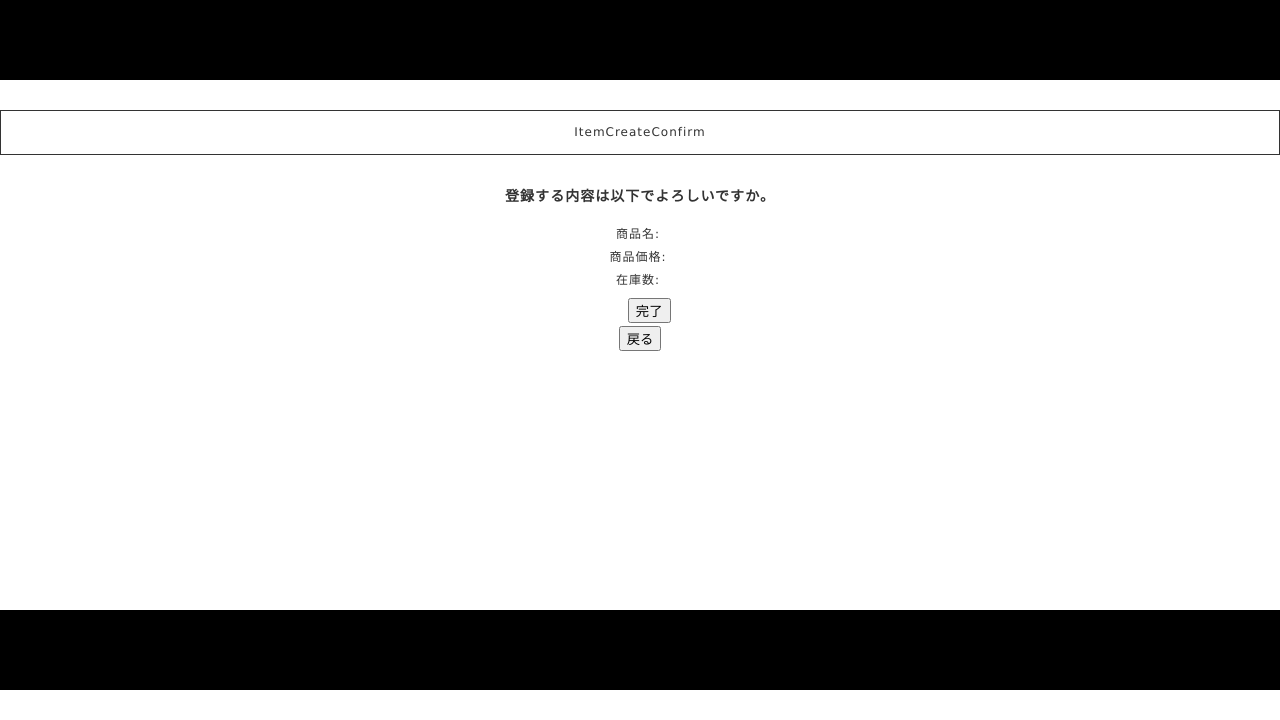
Repository: hirose0320/test
Page: http://localhost/ecsite2/itemCreateConfirm.jsp
An editor plug-in stored every save of this project. The page is shown before and after the next save, followed by the edit.
The browser window is 1280 px wide. The pictures show the whole page.
Some web libraries are served in a nearby version. The page is served by Tomcat 9.

Above is the page before, as saved 2019-03-06 02:50:38.

After the next save:
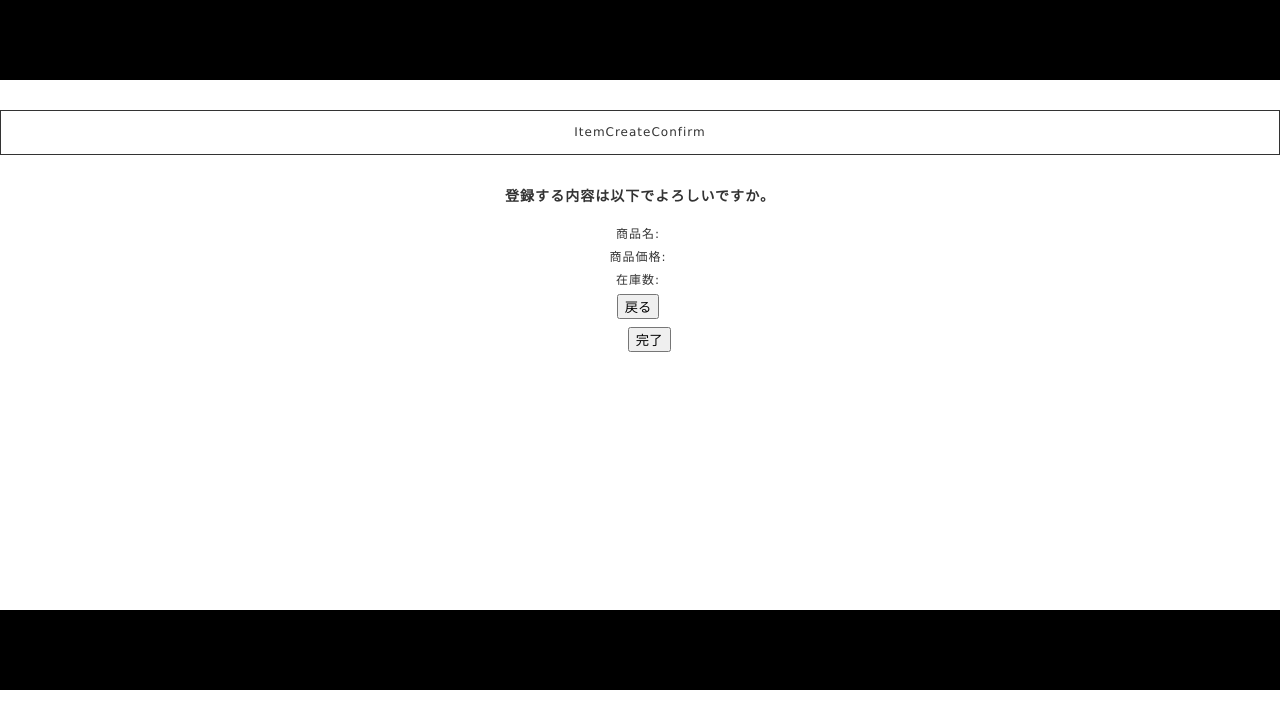
Saved 12 s later.
--- a/ecsite2/WebContent/itemCreateConfirm.jsp
+++ b/ecsite2/WebContent/itemCreateConfirm.jsp
@@ -89,12 +89,13 @@
 						<td><s:property value="STOCK" escape="false" /></td>
 					</tr>
 					<tr>
+						<td><input type="button" value="戻る"
+							onclick="submitAction('ItemCreateAction')" /></td>
+					</tr>
 
-						<td><s:submit value="完了" /></td>
+					<td><s:submit value="完了" /></td>
 				</s:form>
-				<td><input type="button" value="戻る"
-					onclick="submitAction('ItemCreateAction')" /></td>
-				</tr>
+
 
 			</table>
 		</div>
